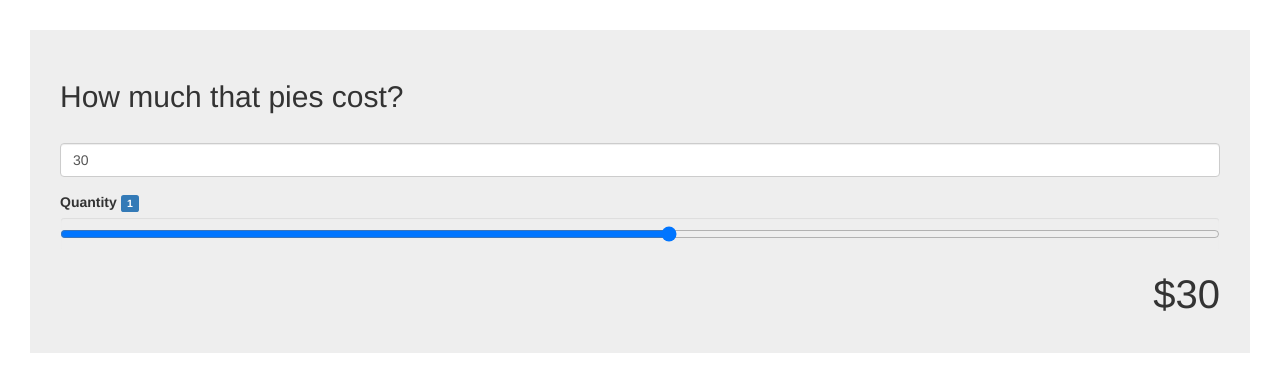
Repository: rahil001/preparation
Page: javascriptPrac/index.html
An editor plug-in stored every save of this project. The page is shown before and after the next save, followed by the edit.
The browser window is 1280 px wide. The pictures show the whole page.

Above is the page before, as saved 2019-10-11 22:54:34.

After the next save:
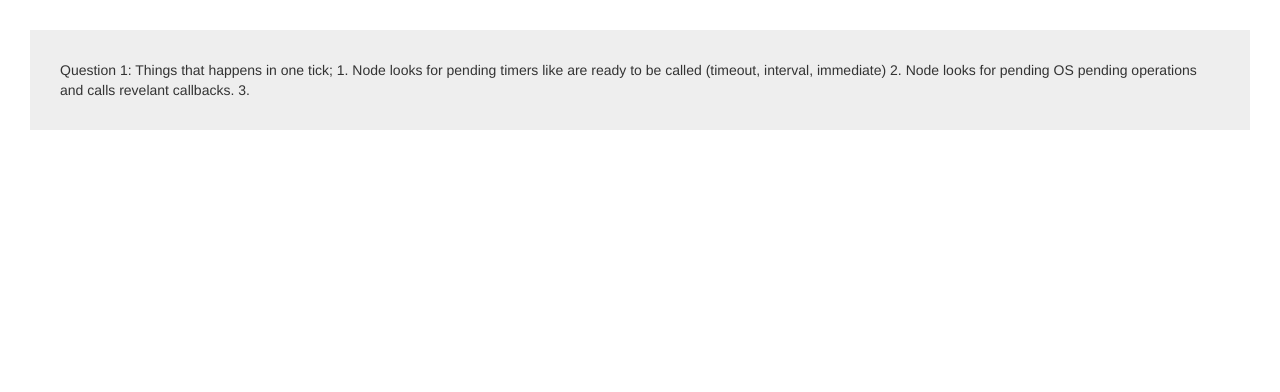
Saved 15 days later.
--- a/javascriptPrac/index.html
+++ b/javascriptPrac/index.html
@@ -15,20 +15,10 @@
 </head>
 <body>
 <div class="jumbotron">
-    <h2>How much that pies cost?</h2>
-    <form>
-        <div class="form-group">
-            <label for="price"></label>
-            <input type="text" class="form-control" name="price" value="30">
-        </div>
-        <div class="form-group">
-            <label for="quantity">Quantity
-                <span class="label label-primary quantity-label">1</span>
-            </label>
-                <input type="range" class="form-control" name="quantity" min="1" max="20" step="1   ">
-        </div>
-    </form>
-    <div class="text-right text-giant " id="total">$30</div>
+    Question 1: Things that happens in one tick;
+    1. Node looks for pending timers like  are ready to be called (timeout, interval, immediate)
+    2. Node looks for pending OS pending operations and calls revelant callbacks.
+    3.
 </div>
 <script src="app.js"></script>
 </body>
